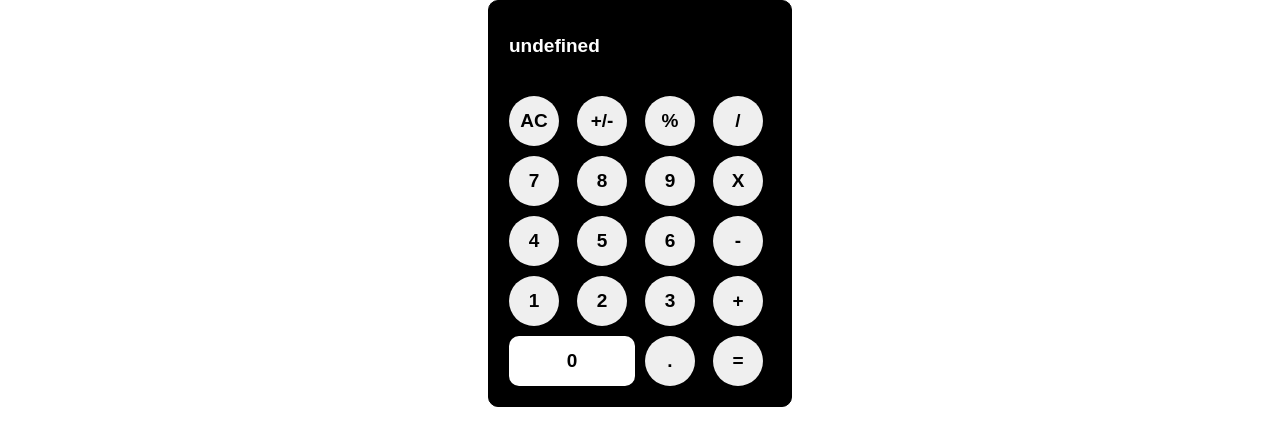
Repository: dmpelaez/calculator
Page: Calculator.html
An editor plug-in stored every save of this project. The page is shown before and after the next save, followed by the edit.
The browser window is 1280 px wide. The pictures show the whole page.

Above is the page before, as saved 2025-12-15 21:53:46.

After the next save:
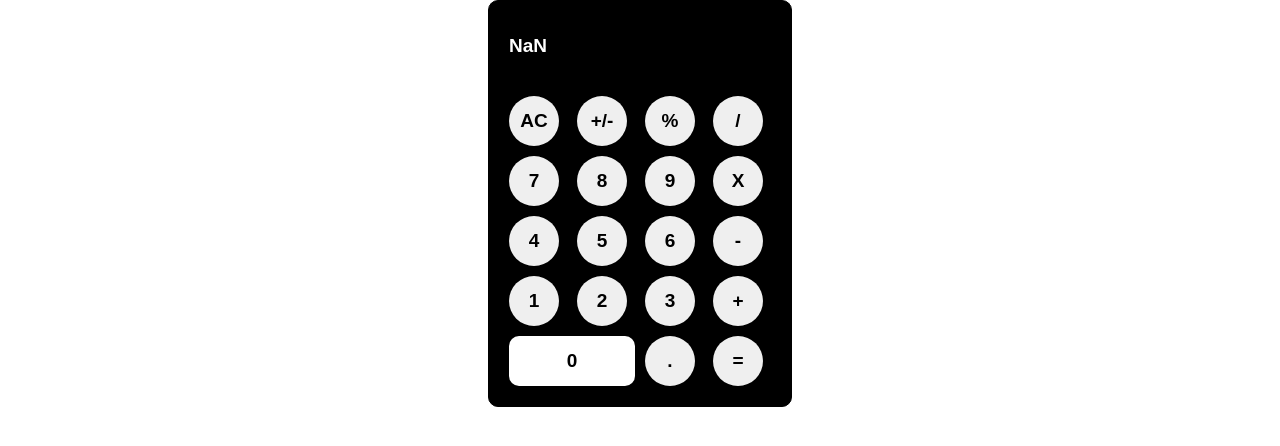
Saved 12 s later.
--- a/Calculator.js
+++ b/Calculator.js
@@ -24,7 +24,7 @@ function appendValue() {
   .value);
 
   document.querySelector('.inputSection')
-  .value = result;
+  .value = Number(result);
 
 };
 
